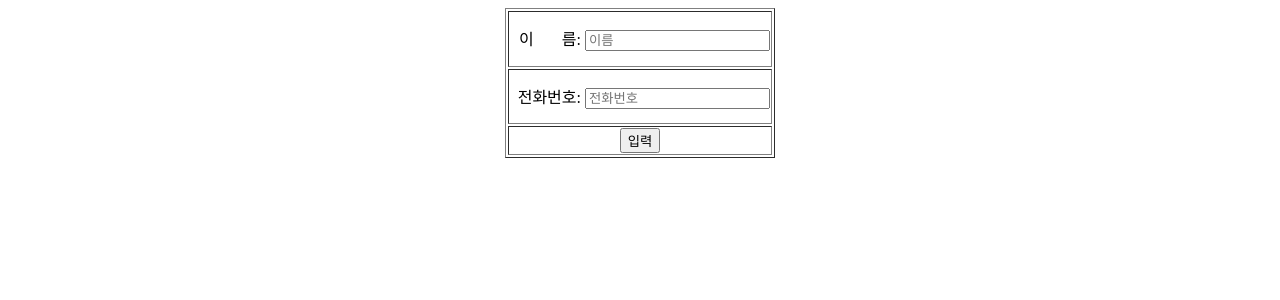
Repository: leeseokh/jquery
Page: workspace/MemberPj/WebContent/html/아디, 비번 찾기/id찾기.html
An editor plug-in stored every save of this project. The page is shown before and after the next save, followed by the edit.
The browser window is 1280 px wide. The pictures show the whole page.

Above is the page before, as saved 2021-06-18 00:13:04.

### workspace/MemberPj/WebContent/html/아디, 비번 찾기/id찾기.html
<!DOCTYPE html>
<html>
<head>
	<meta charset="UTF-8">
	<title>Insert title here</title>
	<style type="text/css">
		#td1, #td2 {
			text-align:right;

		}
		table{
			width:270px;
			height:150px;
			margin:auto;
			text-align: center;
		}
	</style>
</head>
<body>
	<form action="id_do" method="post">
		<table border="1">
			<tbody>
				<tr>
					<td id="td1">
						이&nbsp;&nbsp;&nbsp;&nbsp;&nbsp;&nbsp; 름: <input type="text" name="mem_name" required="required" placeholder="이름">
					</td>
				</tr>
				<tr>
					<td id="td2">
						전화번호: <input type="text" name="mem_tel" required="required" placeholder="전화번호">
					</td>
				</tr>
			</tbody>
			<tfoot>
            <tr>
               <td align="center" colspan="2">
                  <input type="submit" value="입력">
               </td>
            </tr>
         </tfoot>
		</table>

	</form>
</body>
</html>

After the next save:
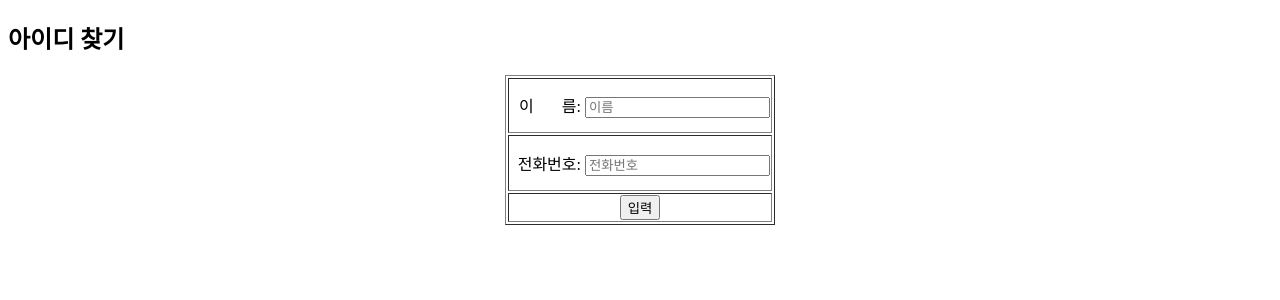
Saved 19 s later.
--- a/workspace/MemberPj/WebContent/html/아디, 비번 찾기/id찾기.html
+++ b/workspace/MemberPj/WebContent/html/아디, 비번 찾기/id찾기.html
@@ -18,6 +18,7 @@
 </head>
 <body>
 	<form action="id_do" method="post">
+		<h2>아이디 찾기</h2>
 		<table border="1">
 			<tbody>
 				<tr>
